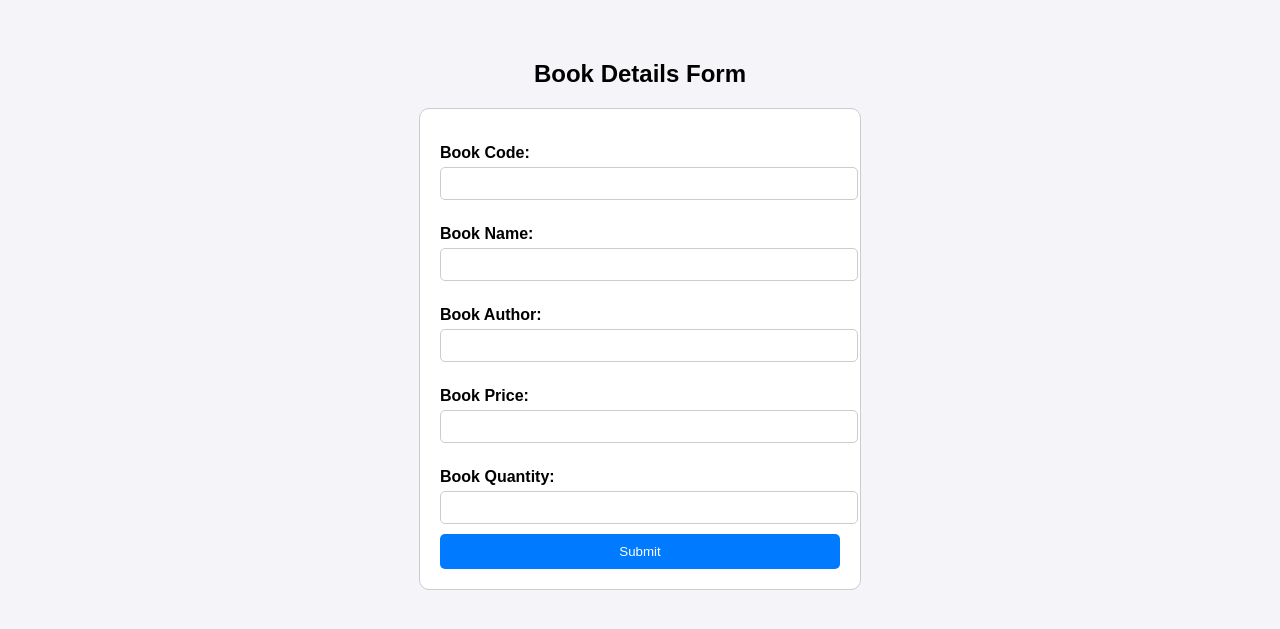
Repository: GokulLade/WebApps_with_Servlets_JSP
Page: 02_ReadDisplayBookDetails/src/main/webapp/index.html
These files come from the project's save history. The page is drawn as it stood at one moment and after the next save; the edit follows.
The browser window is 1280 px wide. The pictures show the whole page.

Above is the page before, as saved 2024-11-30 11:04:42.

### 02_ReadDisplayBookDetails/src/main/webapp/index.html
<!DOCTYPE html>
<html lang="en">
<head>
    <meta charset="UTF-8">
    <meta name="viewport" content="width=device-width, initial-scale=1.0">
    <title>Book Details Form</title>
    <style>
        body {
            font-family: Arial, sans-serif;
            margin: 20px;
            padding: 20px;
            background-color: #f4f4f9;
        }
        h2{
        	display: flex;
        	justify-content: center;
        	color:;
        }
        form {
            max-width: 400px;
            margin: auto;
            padding: 20px;
            border: 1px solid #ccc;
            border-radius: 10px;
            background: #fff;
        }
        label {
            font-weight: bold;
            display: block;
            margin-top: 15px;
        }
        input[type="text"], input[type="number"] {
            width: 100%;
            padding: 8px;
            margin-top: 5px;
            margin-bottom: 10px;
            border: 1px solid #ccc;
            border-radius: 5px;
        }
        input[type="submit"] {
            background-color: #007BFF;
            color: #fff;
            padding: 10px;
            border: none;
            border-radius: 5px;
            cursor: pointer;
            width: 100%;
        }
        input[type="submit"]:hover {
            background-color: #0056b3;
        }
    </style>
</head>
<body>
    <h2>Book Details Form</h2>
    <form action="display" method="POST">
        <label for="bcode">Book Code: </label>
        <input type="number" id="bcode" name="bcode" required>

        <label for="bname">Book Name: </label>
        <input type="text" id="bname" name="bname" maxlength="10" required>

        <label for="bauthor">Book Author: </label>
        <input type="text" id="bauthor" name="bauthor" maxlength="10" required>

        <label for="bprice">Book Price: </label>
        <input type="number" id="bprice" name="bprice" step="0.01" required>

        <label for="bqty">Book Quantity: </label>
        <input type="number" id="bqty" name="bqty" required>

        <input type="submit" value="Submit">
    </form>
</body>
</html>

After the next save:
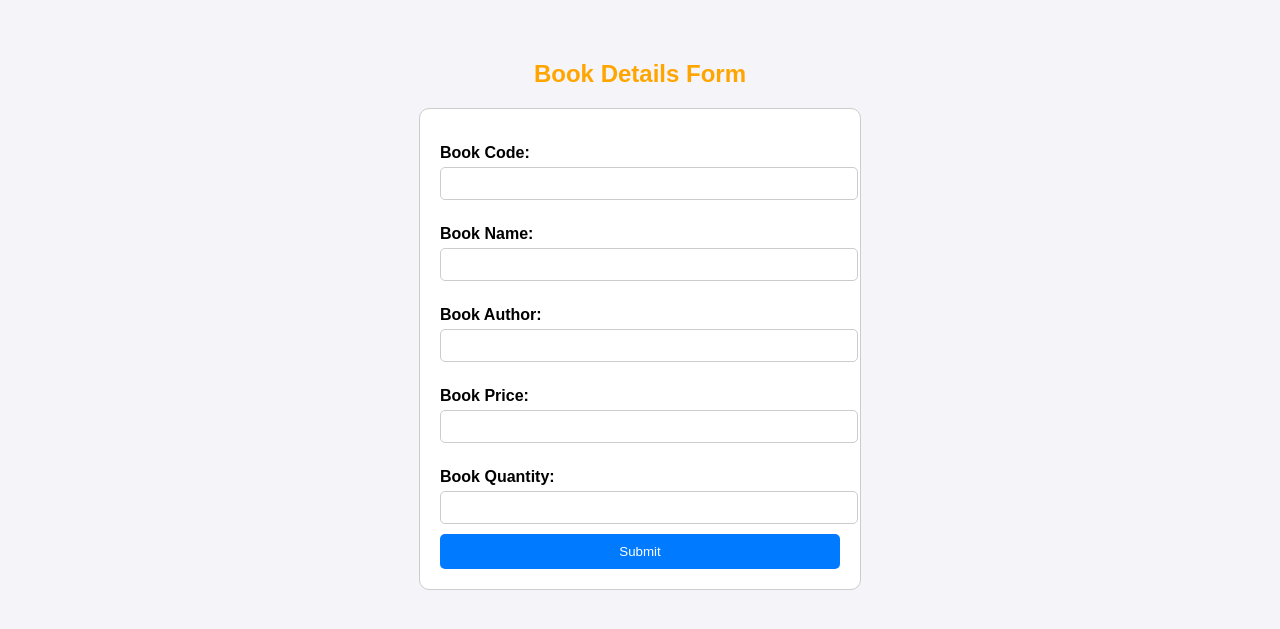
Saved 4 s later.
--- a/02_ReadDisplayBookDetails/src/main/webapp/index.html
+++ b/02_ReadDisplayBookDetails/src/main/webapp/index.html
@@ -14,7 +14,7 @@
         h2{
         	display: flex;
         	justify-content: center;
-        	color:;
+        	color:orange;
         }
         form {
             max-width: 400px;

After the save that followed:
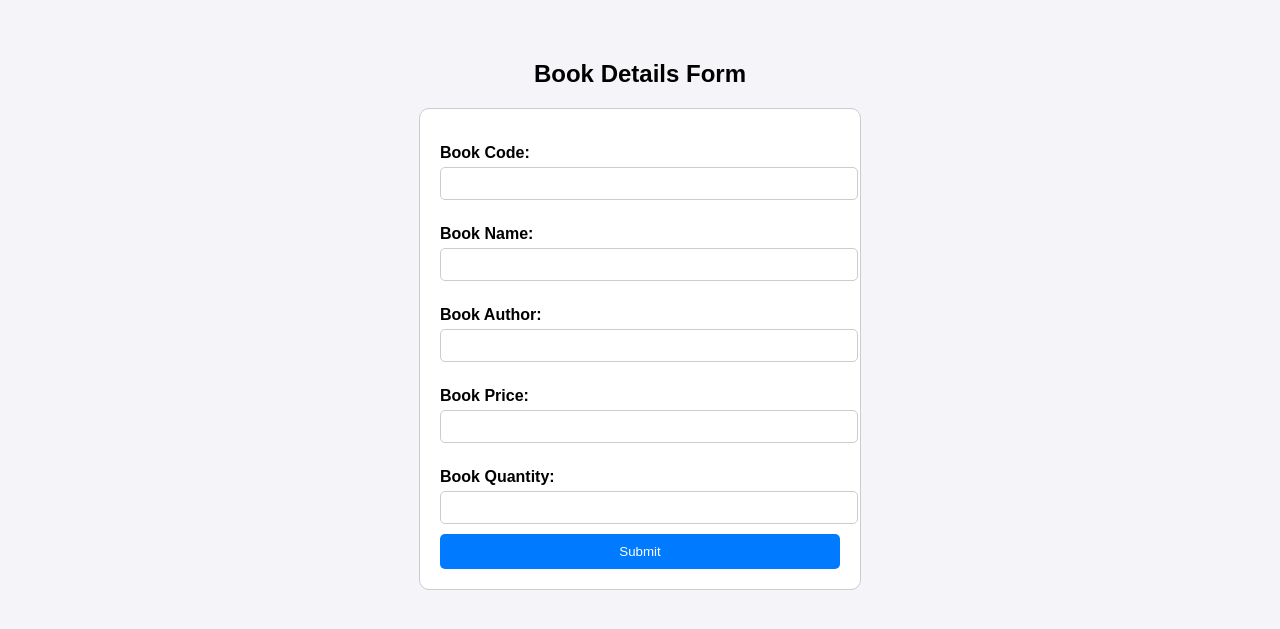
Saved 5 s later.
--- a/02_ReadDisplayBookDetails/src/main/webapp/index.html
+++ b/02_ReadDisplayBookDetails/src/main/webapp/index.html
@@ -14,7 +14,7 @@
         h2{
         	display: flex;
         	justify-content: center;
-        	color:orange;
+        	color:;
         }
         form {
             max-width: 400px;
